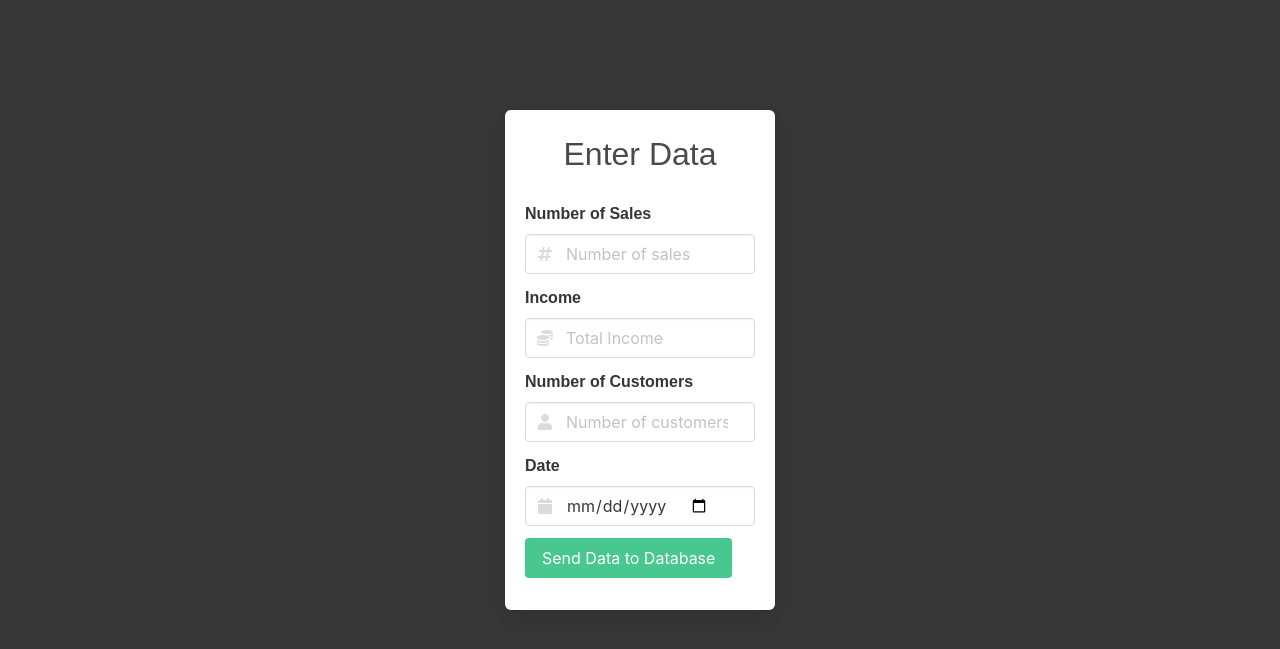
Repository: EmmanuelKeifala/Hackathon
Page: http://localhost/upload/
These files come from the project's save history. The page is drawn as it stood at one moment and after the next save; the edit follows.
The browser window is 1280 px wide. The pictures show the whole page.
Some web fonts or font styles are not loaded; a fallback is used. Some web libraries are served in a nearby version. The page is served by the project's application, run on Django 3.2 (manage.py).

Above is the page before, as saved 2022-10-29 03:37:50.

After the next save:
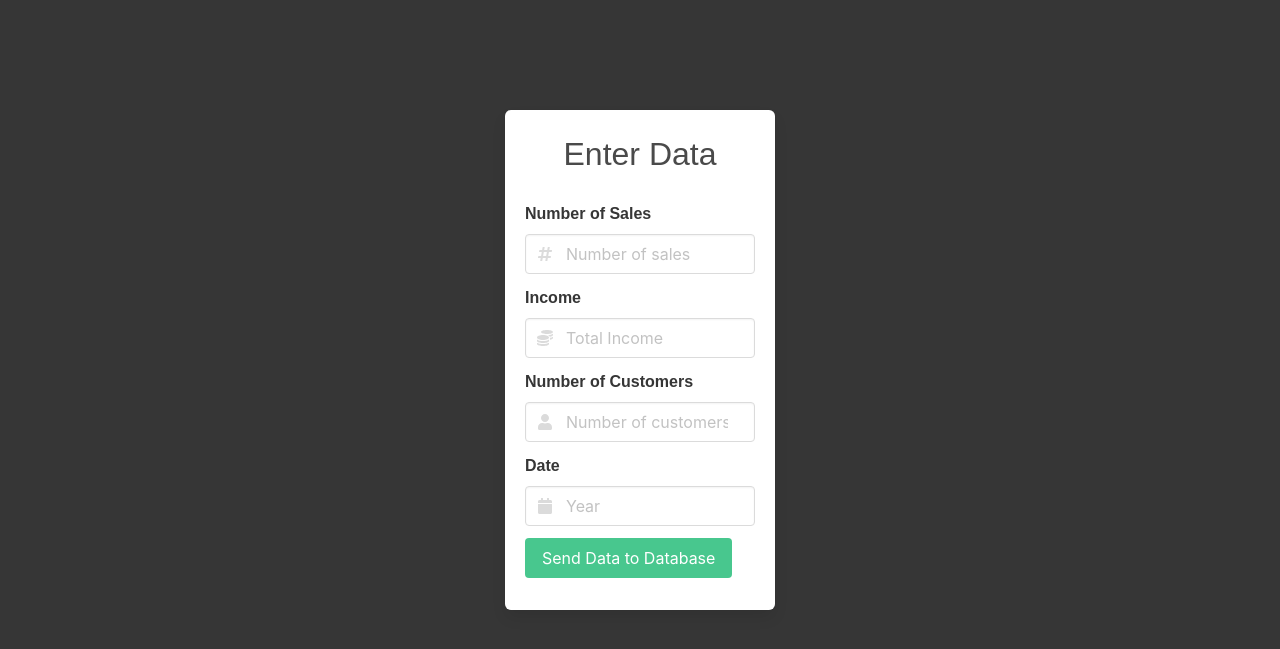
Saved 53 s later.
--- a/users/forms.py
+++ b/users/forms.py
@@ -28,7 +28,7 @@ class BusinessData(ModelForm):
         "placeholder": "Number of customers"}))
     year = forms.CharField(widget=forms.TextInput(attrs={
         "class": "input",
-        "type": "date",
+        "type": "number",
         "placeholder": "Year"}))
 
     class Meta:
